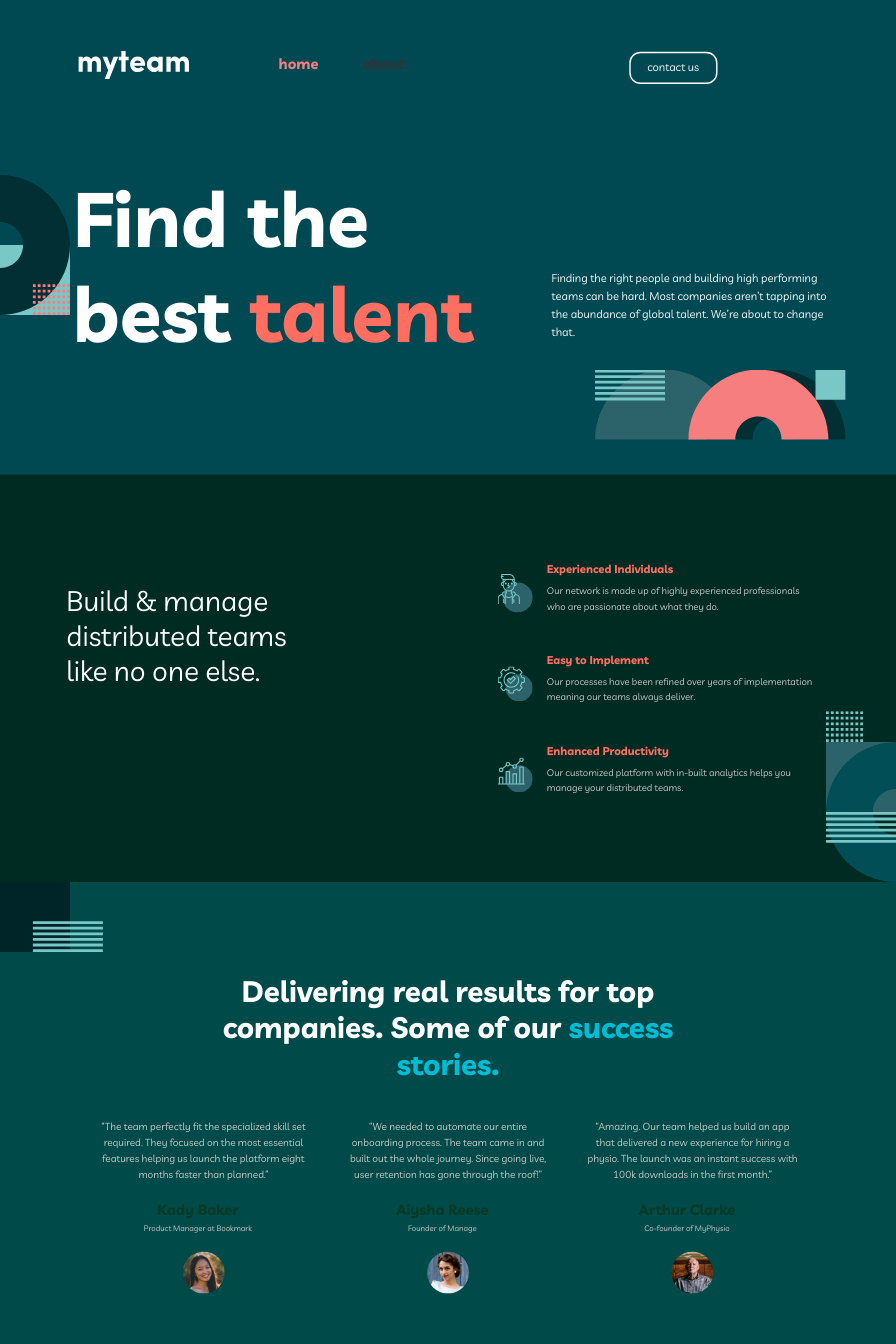
Repository: Gabriel221-dev/Project-page-main
Page: /
These files come from the project's save history. The page is drawn as it stood at one moment and after the next save; the edit follows.
The browser window is 1280 px wide. The pictures show the part of the page from y = 0 to 1920 px (the page is 2612 px tall), at 70% of full size.
The project was rebuilt for these pictures with package versions that can differ from the ones it lists, and the page was loaded fresh each time. Also part of the build but not shown: vite.config.js, src/pages/About.css, src/components/DirectorCard.css, src/components/DirectorCard.jsx, src/pages/About.jsx, src/pages/Contact.css, src/pages/Contact.jsx.

Above is the page before, as saved 2024-07-23 18:32:36.

After the next save:
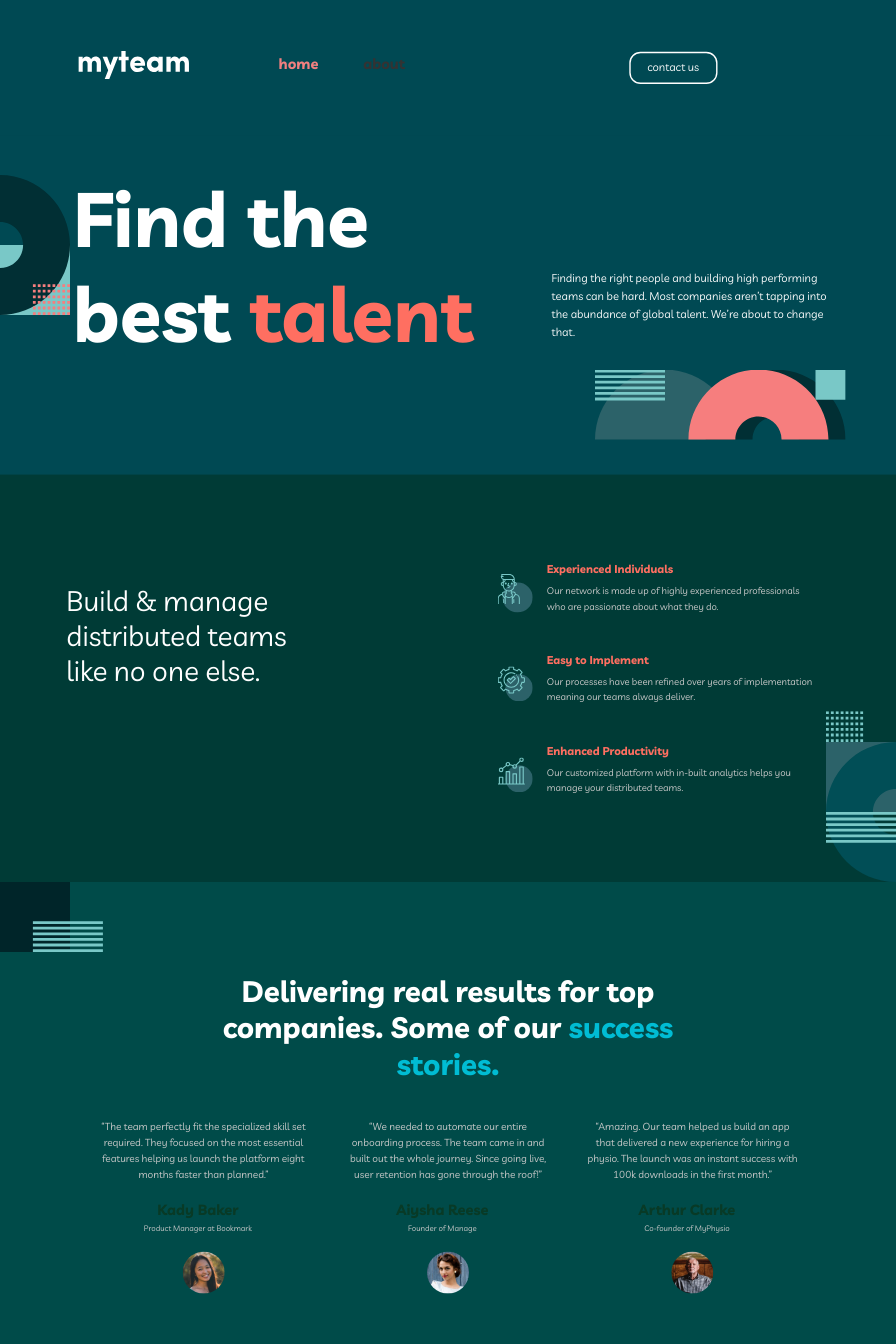
Saved 21 s later.
--- a/src/pages/Home.css
+++ b/src/pages/Home.css
@@ -86,7 +86,7 @@
   }
 
   .build {
-    background-color: #002b22;
+    background-color: #003b36;
     padding: 50px 0;
     display: flex;
     height: 100%;
